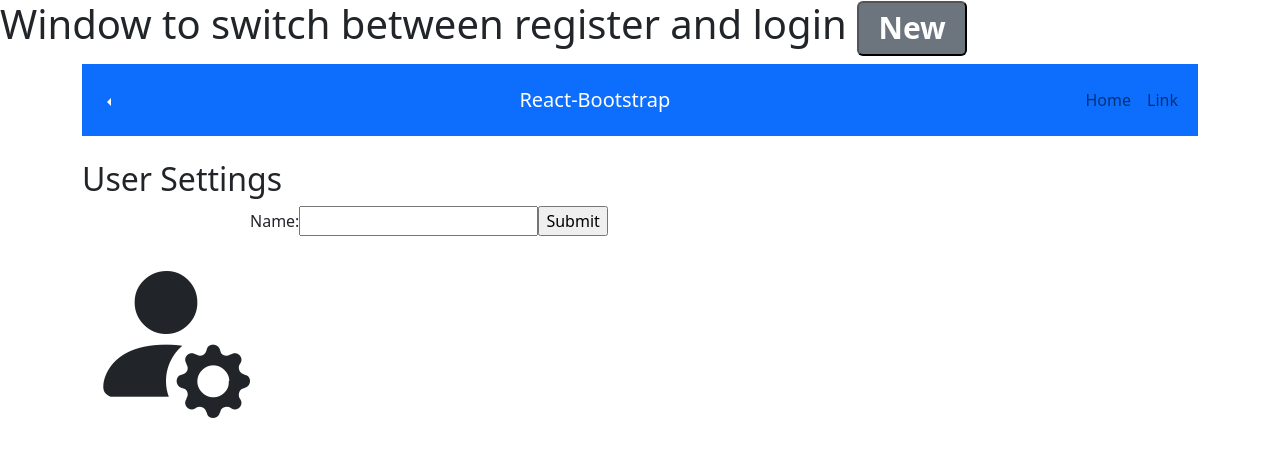
Repository: christenis98/RealWorldApp
Page: / (app in bank-frontend/)
These files come from the project's save history. The page is drawn as it stood at one moment and after the next save; the edit follows.
The browser window is 1280 px wide. The pictures show the whole page.
The project was rebuilt for these pictures with package versions that can differ from the ones it lists, and the page was loaded fresh each time. Also part of the build but not shown: bank-frontend/src/App.css.

Above is the page before, as saved 2022-11-24 12:39:15.

### bank-frontend/src/index.js
import React from 'react';
import ReactDOM from 'react-dom/client';
import './index.css';
import App from './App';
import reportWebVitals from './reportWebVitals';
import 'bootstrap/dist/css/bootstrap.min.css';

import 'bootstrap-icons/font/bootstrap-icons.css';

const root = ReactDOM.createRoot(document.getElementById('root'));
root.render(
  <React.StrictMode>
    <App />
  </React.StrictMode>
);

// If you want to start measuring performance in your app, pass a function
// to log results (for example: reportWebVitals(console.log))
// or send to an analytics endpoint. Learn more: https://bit.ly/CRA-vitals
reportWebVitals();

### bank-frontend/src/App.js
import logo from './logo.svg';
import './App.css';
import Badge from 'react-bootstrap/Badge'
import DropStartComponent from './js/DropStartComponent';
import UserSettings from './js/UserSettings';


function App() {
  return (
    <div>
    <h1>
      Window to switch between register and login{' '}
      <Badge bg="secondary" as="Button">
        New
      </Badge>
    </h1>
    <DropStartComponent/>
    <UserSettings/>
  </div>
  );
}

export default App;

### bank-frontend/src/js/DropStartComponent.js
import Dropdown from "react-bootstrap/Dropdown";
import DropdownButton from "react-bootstrap/DropdownButton";
import Nav from "react-bootstrap/Nav";
import Navbar from "react-bootstrap/Navbar";
import NavDropdown from "react-bootstrap/NavDropdown";
import Container from "react-bootstrap/Container";

const DropStartComponent = () => {
  return (
    <Container>
      <Navbar bg="primary" variant="dark" expand="lg">
        <Container>
          <DropdownButton
            key={"start"}
            id={`dropdown-button-drop-${"start"}`}
            drop={"start"}
            variant="primary"
          >
            <Dropdown.Item eventKey="1">Action</Dropdown.Item>
            <Dropdown.Item eventKey="2">Another action</Dropdown.Item>
            <Dropdown.Item eventKey="3">Something else here</Dropdown.Item>
            <Dropdown.Divider />
            <Dropdown.Item eventKey="4">Separated link</Dropdown.Item>
          </DropdownButton>
          <Navbar.Brand href="#home">React-Bootstrap</Navbar.Brand>
          <Navbar.Toggle aria-controls="basic-navbar-nav" />
          <Navbar id="basic-navbar-nav">
            <Nav className="me-auto">
              <Nav.Link href="#home">Home</Nav.Link>
              <Nav.Link href="#link">Link</Nav.Link>
            </Nav>
          </Navbar>
        </Container>
      </Navbar>
    </Container>
  );
};

export default DropStartComponent;

### bank-frontend/src/js/UserSettings.jsx
import React from 'react'

function UserSettings() {
    return (
        <div className="container d-flex flex-column bd-highlight">
            <div className="d-flex flex-row bd-highlight mx-left mt-4">
                <h2>User Settings</h2>
            </div>

            <div className="d-flex flex-row bd-highlight">
                <i className="bi bi-person-fill-gear" style={{ fontSize: "1050%" }}></i>
                <div className="mx-right">
                    <label>
                        Name:
                        <input type="text" name="name" />
                    </label>
                    <input type="submit" value="Submit" />
                </div>
            </div>
        </div>
    )
}


export default UserSettings;

Loaded but not shown: bank-frontend/public/index.html (common file); bank-frontend/src/index.css (common file); bank-frontend/src/reportWebVitals.js (common file)

After the next save:
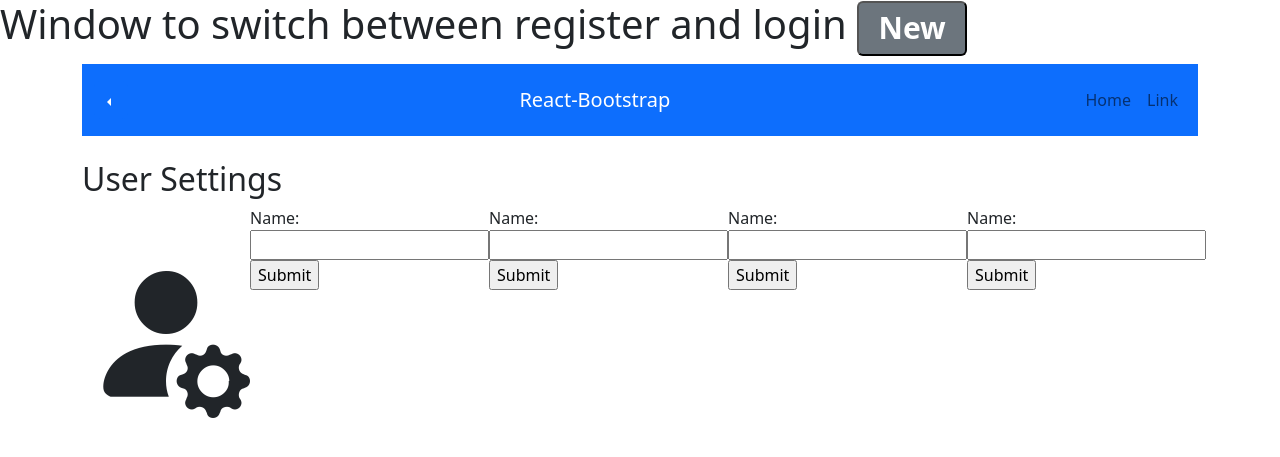
Saved 85 s later.
--- a/bank-frontend/src/js/UserSettings.jsx
+++ b/bank-frontend/src/js/UserSettings.jsx
@@ -9,7 +9,28 @@ function UserSettings() {
 
             <div className="d-flex flex-row bd-highlight">
                 <i className="bi bi-person-fill-gear" style={{ fontSize: "1050%" }}></i>
-                <div className="mx-right">
+                <div className="">
+                    <label>
+                        Name:
+                        <input type="text" name="name" />
+                    </label>
+                    <input type="submit" value="Submit" />
+                </div>
+                <div className="">
+                    <label>
+                        Name:
+                        <input type="text" name="name" />
+                    </label>
+                    <input type="submit" value="Submit" />
+                </div>
+                <div className="">
+                    <label>
+                        Name:
+                        <input type="text" name="name" />
+                    </label>
+                    <input type="submit" value="Submit" />
+                </div>
+                <div className="">
                     <label>
                         Name:
                         <input type="text" name="name" />
